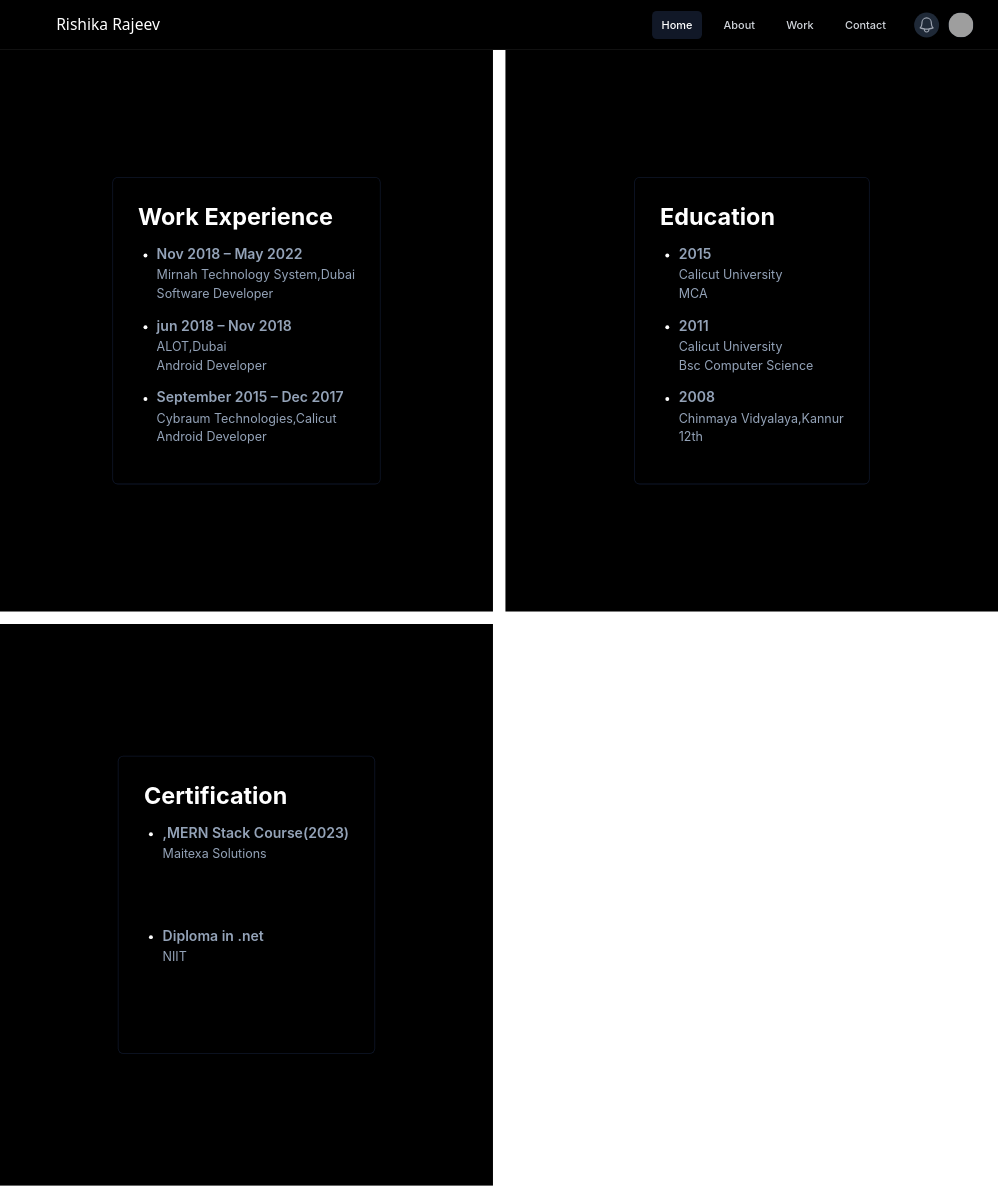
Repository: rishikarajeev/portfolio_rishika
Page: /about
The author's editor kept a copy of each file at every save. The page is drawn from the files as they stood at one save, then again after a run of saves.
The browser window is 1280 px wide. The pictures show the whole page, at 78% of full size.
Pictures or frames that could not be fetched are drawn as grey boxes. The project was rebuilt for these pictures with package versions that can differ from the ones it lists, and the page was loaded fresh each time. Also part of the build but not shown: src/Pages/Home.jsx, src/Pages/Contact.jsx, src/Components/Work.jsx, src/Components/Project.jsx, src/Pages/Mywork.jsx.

Above is the page before, as saved 2023-10-23 18:53:14.

### src/Components/Nav/Nav.jsx
import React from 'react'

function Nav() {
  return (
    <div><nav class="dark:bg-black">
    <div class="mx-auto max-w-7xl px-2 sm:px-6 lg:px-8">
      <div class="relative flex h-16 items-center justify-between">
      <div class="absolute inset-y-0 left-7 flex items-center ">

      <a href="#" class=" text-white  px-3 py-2 text-xl font-medium font-sans" aria-current="page">Rishika Rajeev</a>
        </div>
        <div class="absolute inset-y-0 left-0 flex items-center sm:hidden">

          <button type="button" class="relative inline-flex items-center justify-center rounded-md p-2 text-gray-400 hover:bg-gray-700 hover:text-white focus:outline-none focus:ring-2 focus:ring-inset focus:ring-white" aria-controls="mobile-menu" aria-expanded="false">
            <span class="absolute -inset-0.5"></span>
            <span class="sr-only">Open main menu</span>

            <svg class="block h-6 w-6" fill="none" viewBox="0 0 24 24" stroke-width="1.5" stroke="currentColor" aria-hidden="true">
              <path stroke-linecap="round" stroke-linejoin="round" d="M3.75 6.75h16.5M3.75 12h16.5m-16.5 5.25h16.5" />
            </svg>

            <svg class="hidden h-6 w-6" fill="none" viewBox="0 0 24 24" stroke-width="1.5" stroke="currentColor" aria-hidden="true">
              <path stroke-linecap="round" stroke-linejoin="round" d="M6 18L18 6M6 6l12 12" />
            </svg>
          </button>
        </div>
        <div class="flex flex-1 items-center justify-end sm:items-stretch sm:justify-end">
          {/* <div class="flex flex-shrink-0 items-center">
            <img class="h-8 w-auto" src="https://tailwindui.com/img/logos/mark.svg?color=indigo&shade=500" alt="Your Company"/>
          </div> */}
          <div class="hidden sm:ml-6 sm:block ">
            <div class="flex space-x-4 ">

              <a href="/" class="bg-gray-900 text-white rounded-md px-3 py-2 text-sm font-medium" >Home</a>
              <a href="/about" class="text-gray-300 hover:bg-gray-700 hover:text-white rounded-md px-3 py-2 text-sm font-medium">About</a>
              <a href="/work" class="text-gray-300 hover:bg-gray-700 hover:text-white rounded-md px-3 py-2 text-sm font-medium">Work</a>
              <a href="/contact" class="text-gray-300 hover:bg-gray-700 hover:text-white rounded-md px-3 py-2 text-sm font-medium">Contact</a>
            </div>
          </div>
        </div>
        <div class="absolute inset-y-0 right-0 flex items-center pr-2 sm:static sm:inset-auto sm:ml-6 sm:pr-0">
          <button type="button" class="relative rounded-full bg-gray-800 p-1 text-gray-400 hover:text-white focus:outline-none focus:ring-2 focus:ring-white focus:ring-offset-2 focus:ring-offset-gray-800">
            <span class="absolute -inset-1.5"></span>
            <span class="sr-only">View notifications</span>
            <svg class="h-6 w-6" fill="none" viewBox="0 0 24 24" stroke-width="1.5" stroke="currentColor" aria-hidden="true">
              <path stroke-linecap="round" stroke-linejoin="round" d="M14.857 17.082a23.848 23.848 0 005.454-1.31A8.967 8.967 0 0118 9.75v-.7V9A6 6 0 006 9v.75a8.967 8.967 0 01-2.312 6.022c1.733.64 3.56 1.085 5.455 1.31m5.714 0a24.255 24.255 0 01-5.714 0m5.714 0a3 3 0 11-5.714 0" />
            </svg>
          </button>


          <div class="relative ml-3">
            <div>
              <button type="button" class="relative flex rounded-full bg-gray-800 text-sm focus:outline-none focus:ring-2 focus:ring-white focus:ring-offset-2 focus:ring-offset-gray-800" id="user-menu-button" aria-expanded="false" aria-haspopup="true">
                <span class="absolute -inset-1.5"></span>
                <span class="sr-only">Open user menu</span>
                <img class="h-8 w-8 rounded-full" src="../../Images/WhatsApp Image 2023-10-03 at 11.58.19 AM.jpeg" alt=""/>
              </button>
            </div>

          </div>
        </div>
      </div>
    </div>


    <div class="sm:hidden" id="mobile-menu">
      <div class="space-y-1 px-2 pb-3 pt-2">

        <a href="/" class="bg-gray-900 text-white block rounded-md px-3 py-2 text-base font-medium" aria-current="page">Home</a>
        <a href="/about" class="text-gray-300 hover:bg-gray-700 hover:text-white block rounded-md px-3 py-2 text-base font-medium">About</a>
        <a href="/work" class="text-gray-300 hover:bg-gray-700 hover:text-white block rounded-md px-3 py-2 text-base font-medium">Work</a>
        <a href="/contact" class="text-gray-300 hover:bg-gray-700 hover:text-white block rounded-md px-3 py-2 text-base font-medium">Contact</a>
      </div>
    </div>
  </nav>
  </div>
  )
}

export default Nav

### src/Pages/About.jsx

import React from 'react';
import Nav from '../Components/Nav/Nav';


const AboutPage = () => {

  const experiences = [
    { year: 'Nov 2018 – May 2022', company: 'Mirnah Technology System,Dubai', designation: 'Software Developer' },
    { year: 'jun 2018 – Nov 2018', company: 'ALOT,Dubai', designation: 'Android Developer' },
    { year: 'September 2015 – Dec 2017', company: 'Cybraum Technologies,Calicut', designation: 'Android Developer' },
    // Add more experiences as needed
  ];
  const education_experiences = [
    { year: '2015', College: 'Calicut University',  degree: 'MCA' },
    { year: '2011', College: 'Calicut University', degree: 'Bsc Computer Science' },
    { year: '2008', College: 'Chinmaya Vidyalaya,Kannur', degree: '12th' },
    // Add more experiences as needed
  ];
  const certification = [
    {  Institute: 'Maitexa Solutions', course: ',MERN Stack Course(2023)' },
    {  Institute: 'NIIT',  course: 'Diploma in .net' },
    // Add more experiences as needed
  ];
  return (
    <div class="dark dark:bg-black ">
      <Nav/>
      <div class="">
        <div class="grid grid-cols-1 md:grid-cols-2 gap-4">
          <div className=''>
          <div className="dark:dark:bg-black min-h-screen flex items-center justify-center">
      <div className="max-w-2xl p-8 bg-black  text-white shadow-md rounded-md ring-1 ring-slate-900 ">
        <h1 className="text-3xl font-bold text-white mb-4">Work Experience</h1>
        <ul className="list-disc pl-6">
          {experiences.map((experience, index) => (
            <li key={index} className="mb-4">
              <div className="text-lg  dark:text-slate-400 font-semibold">{experience.year}</div>
              <div className="text-gray-700  dark:text-slate-400">{experience.company}</div>
              <div className="text-gray-600  dark:text-slate-400">{experience.designation}</div>
            </li>
          ))}
        </ul>
      </div>
      </div>

          </div>


          <div className=''>
      <div className="dark:dark:bg-black min-h-screen flex items-center justify-center">
      <div className="max-w-2xl p-8 bg-black  text-white shadow-md rounded-md ring-1 ring-slate-900 ">
        <h1 className="text-3xl font-bold text-white mb-4 ">Education</h1>
        <ul className="list-disc pl-6">
          {education_experiences.map((experience, index) => (
            <li key={index} className="mb-4">
              <div className="text-lg  dark:text-slate-400 font-semibold">{experience.year}</div>
              <div className="text-gray-700  dark:text-slate-400">{experience.College}</div>
              <div className="text-gray-600  dark:text-slate-400">{experience.degree}</div>
            </li>
          ))}
        </ul>
      </div>
      </div>
      </div>
      <div className=''>
          <div className="dark:dark:bg-black min-h-screen flex items-center justify-center">
      <div className="max-w-2xl p-8 bg-black  text-white shadow-md rounded-md ring-1 ring-slate-900 ">
        <h1 className="text-3xl font-bold text-white mb-4">Certification</h1>
        <ul className="list-disc pl-6">
          {certification.map((certification, index) => (
            <li key={index} className="mb-2">
              <div className="text-lg  dark:text-slate-400 font-semibold">{certification.course}</div>
              <div className="text-gray-700  dark:text-slate-400">{certification.Institute}</div>
              <div className="text-black">sss</div>
              <div className="text-black">ss</div>
              <div className="text-black">sss</div>

            </li>
          ))}
        </ul>
      </div>
      </div>

          </div>
      </div>
      </div>

</div>
  );
};

export default AboutPage;

### tailwind.config.js
/** @type {import('tailwindcss').Config} */
module.exports = {
  content: ["./src/**/*.{html,js,jsx}"],
  theme: {
    extend: {},
  },
  darkMode: 'class',
  plugins: [],
}

Loaded but not shown: public/index.html (common file); src/index.js (common file); src/index.css (common file); src/App.js (common file); src/reportWebVitals.js (common file); src/App.css (common file)

After the next 2 saves:
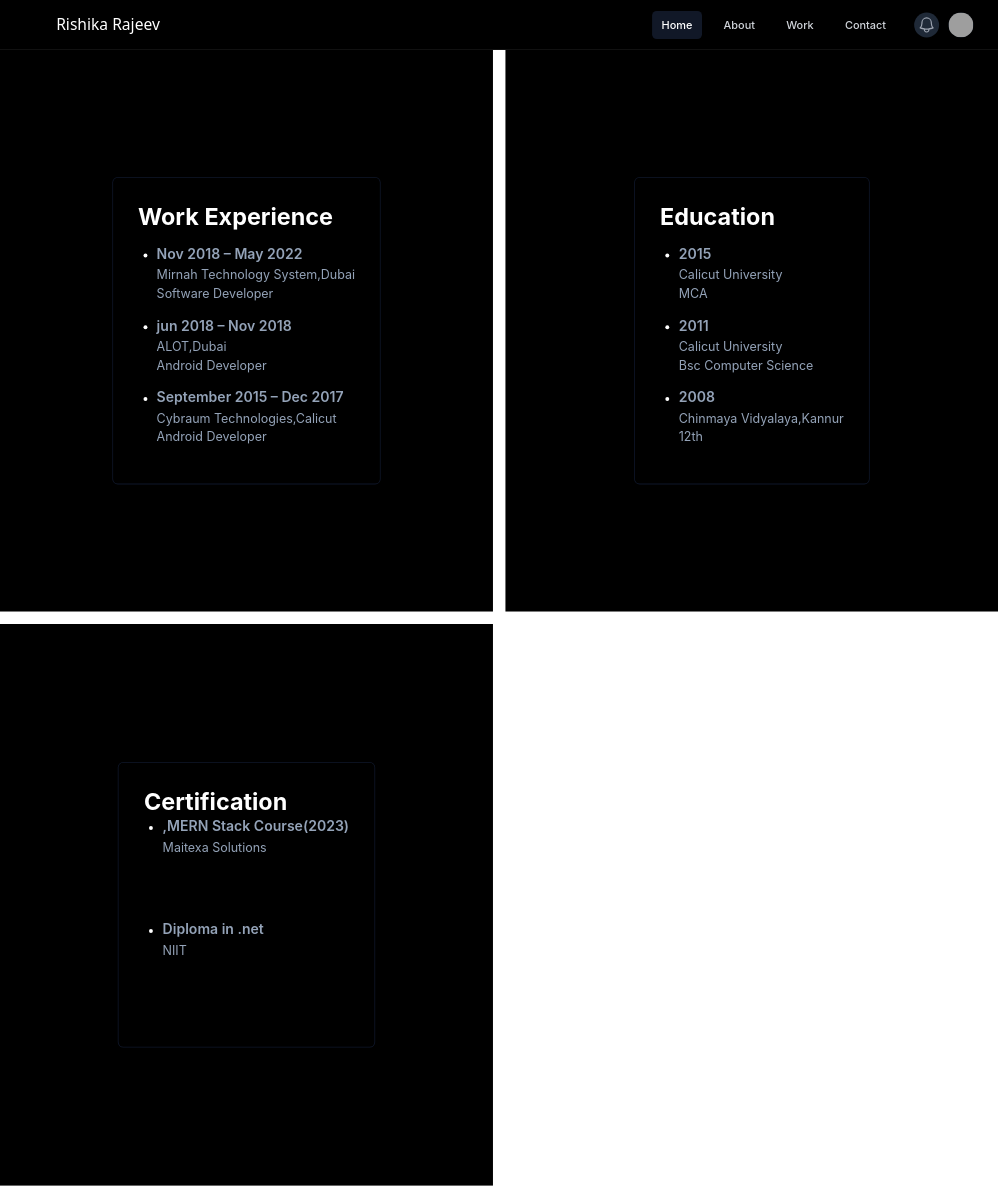
The 2 saves are shown as one change because they came seconds apart.
The last was saved 33 s later.
--- a/src/Pages/About.jsx
+++ b/src/Pages/About.jsx
@@ -65,7 +65,7 @@ const AboutPage = () => {
       <div className=''>
           <div className="dark:dark:bg-black min-h-screen flex items-center justify-center">
       <div className="max-w-2xl p-8 bg-black  text-white shadow-md rounded-md ring-1 ring-slate-900 ">
-        <h1 className="text-3xl font-bold text-white mb-4">Certification</h1>
+        <h1 className="text-3xl font-bold text-white gap-4">Certification</h1>
         <ul className="list-disc pl-6">
           {certification.map((certification, index) => (
             <li key={index} className="mb-2">
